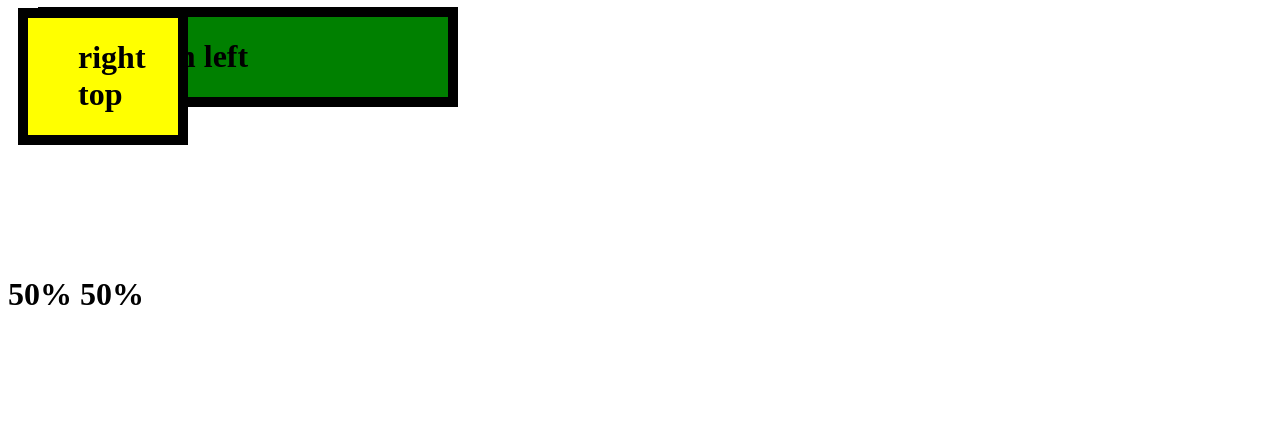
Repository: antonio63j/misNotas
Page: software/CSS/Demos/aptana_proyect/src/absoluto.html
These files come from the project's save history. The page is drawn as it stood at one moment and after the next save; the edit follows.
The browser window is 1280 px wide. The pictures show the whole page.

Above is the page before, as saved 2017-04-23 15:40:21.

After the next save:
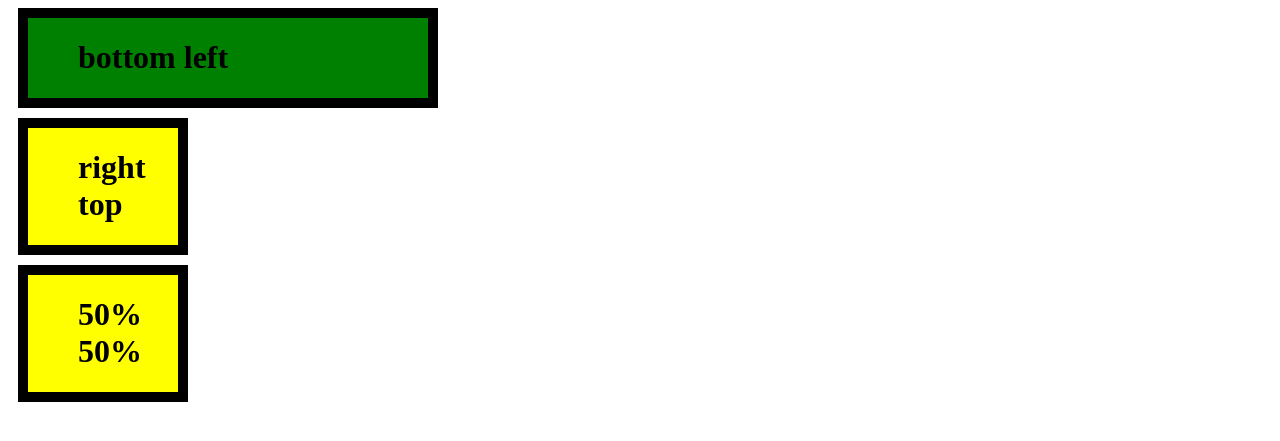
Saved 81 s later.
--- a/software/CSS/Demos/aptana_proyect/src/absoluto.html
+++ b/software/CSS/Demos/aptana_proyect/src/absoluto.html
@@ -19,7 +19,7 @@
 }
 
 #caja1 {
-  position:relative;
+  position:static;
   bottom:1px;
   left:20px;
   width: 300px;
@@ -33,7 +33,7 @@
 }
 
 #caja2 {
-  position:relative;
+  position:static;
   top:-110px;
   width: 50px;
   padding-left:  50px;
@@ -44,6 +44,21 @@
   margin-bottom:10px;
   background-color:yellow;
 }
+
+#caja3 {
+  position:static;
+  top:-110px;
+  width: 50px;
+  padding-left:  50px;
+  padding-right: 50px;
+  margin-left:   10px;
+  margin-right:  10px;
+  border: 10px solid black;
+  margin-bottom:10px;
+  background-color:yellow;
+}
+
+
 </style>
 </head>
 
